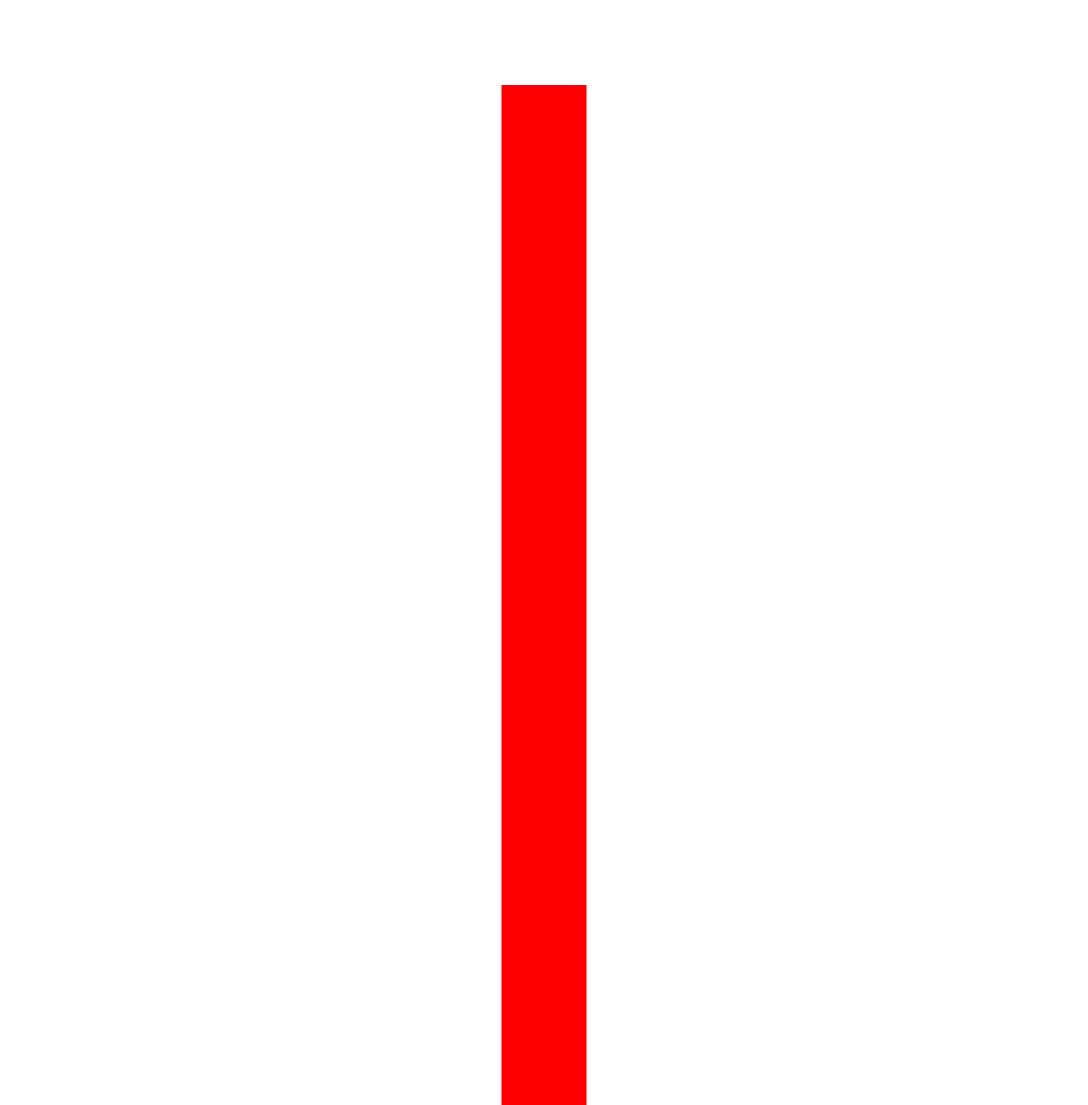
Repository: fangYiYuan/javascript-
Page: translate.html
An editor plug-in stored every save of this project. The page is shown before and after the next save, followed by the edit.
The browser window is 1280 px wide. The pictures show the whole page, at 85% of full size.

Above is the page before, as saved 2020-04-16 14:45:23.

After the next save:
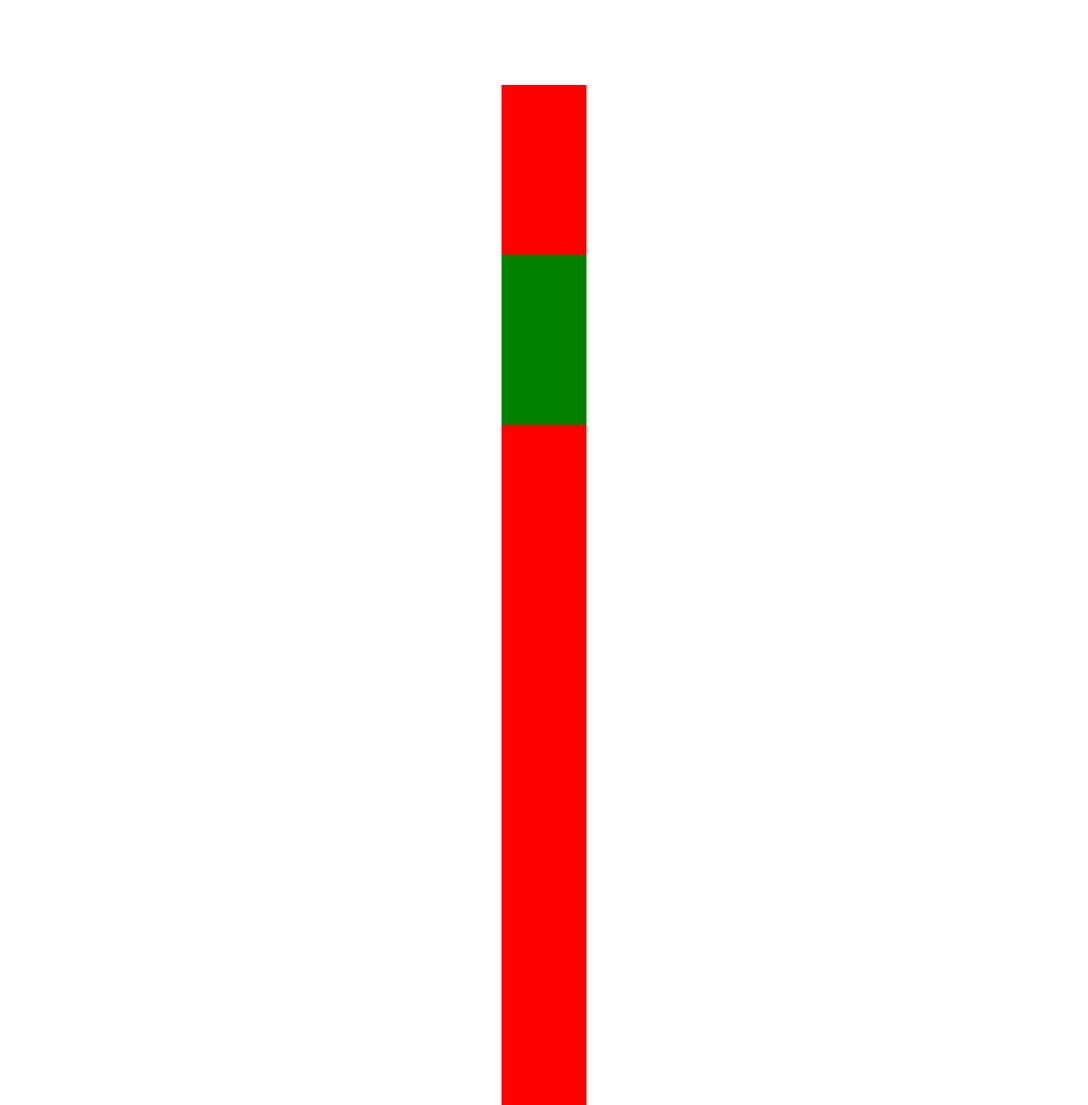
Saved 13 s later.
--- a/translate.html
+++ b/translate.html
@@ -29,7 +29,7 @@
   .divbox div:nth-of-type(1):active {
     transform: rotate(60);
   }
-  .divbox div::nth-child(2) {
+  .divbox div:nth-child(2) {
     background: green;
   }
   .divbox div:nth-of-type(2):active {

After the 2 saves that followed:
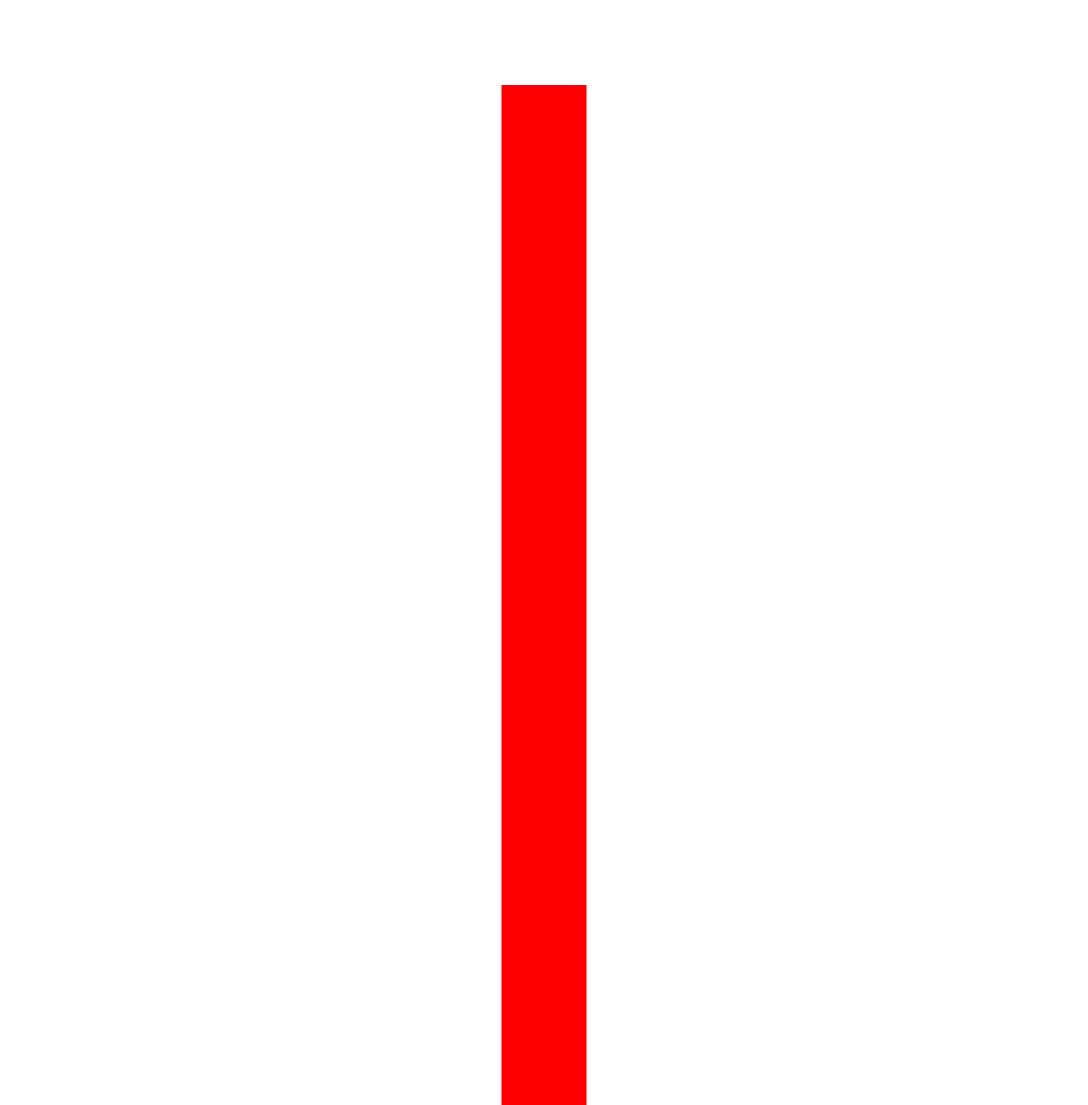
The 2 saves are shown as one change because 1 left the picture as it was.
The last was saved 23 s later.
--- a/translate.html
+++ b/translate.html
@@ -29,7 +29,7 @@
   .divbox div:nth-of-type(1):active {
     transform: rotate(60);
   }
-  .divbox div:nth-child(2) {
+  .divbox div::nth-child(2) {
     background: green;
   }
   .divbox div:nth-of-type(2):active {
